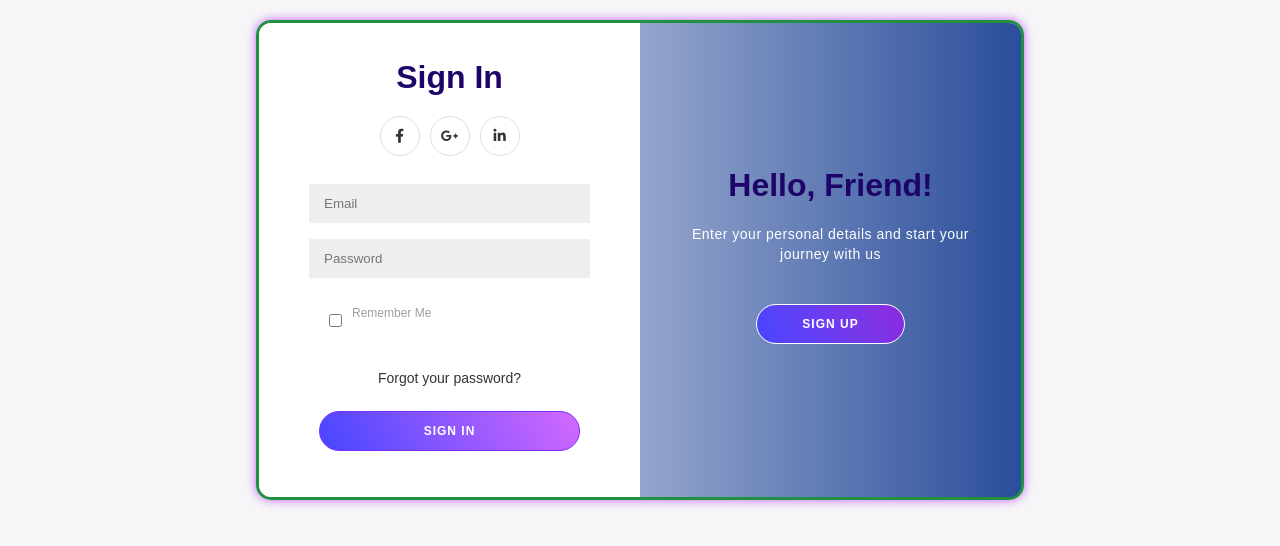
Repository: Zulfiyya077/InternIntelligence_LoginPage
Page: /
The author's editor kept a copy of each file at every save. The page is drawn from the files as they stood at one save, then again after the next save.
The browser window is 1280 px wide. The pictures show the whole page.
The project was rebuilt for these pictures with package versions that can differ from the ones it lists, and the page was loaded fresh each time. Also part of the build but not shown: vite.config.js.

Above is the page before, as saved 2025-02-02 08:07:57.

### index.html
<!DOCTYPE html>
<html lang="en">
<head>
    <meta charset="UTF-8" />
    <link rel="icon" type="image/svg+xml" href="/vite.svg" />
    <link
    rel="stylesheet"
    href="https://cdnjs.cloudflare.com/ajax/libs/font-awesome/5.15.4/css/all.min.css"
  />
    <meta name="viewport" content="width=device-width, initial-scale=1.0" />
    <title>Vite + React</title>
</head>
<body>
    <div id="root"></div>
    <script type="module" src="src/main.jsx"></script>
</body>
</html>

### src/main.jsx
import React from 'react';
import ReactDOM from 'react-dom/client';
import App from './App.jsx';


ReactDOM.createRoot(document.getElementById('root')).render(
  <React.StrictMode>
    <App />
  </React.StrictMode>,
);

### src/App.jsx
import React from 'react';
import SignInUpForm from './components/SignInUpForm';

function App() {
  return (
    <div className="App">
      <SignInUpForm />
    </div>
  );
}

export default App;

### src/components/SignInUpForm.jsx
import React, { useState } from 'react';
import styles from './SignInUpForm.module.css';
import { auth } from '../firebaseConfig';
import { createUserWithEmailAndPassword, signInWithEmailAndPassword, sendPasswordResetEmail } from 'firebase/auth';

const SignInUpForm = () => {
  const [isSignUp, setIsSignUp] = useState(false);
  const [email, setEmail] = useState('');
  const [password, setPassword] = useState('');
  const [error, setError] = useState('');


  const strongPasswordRegex = /^(?=.*[a-z])(?=.*[A-Z])(?=.*\d)[A-Za-z\d@$!%*?&]{6,}$/;


  const handleSignUp = async (e) => {
    e.preventDefault();
    setError('');

    if (!/\S+@\S+\.\S+/.test(email)) {
      setError('Please enter a valid email address.');
      return;
    }
    if (!strongPasswordRegex.test(password)) {
      setError('Password must have at least 6 characters, including 1 uppercase, 1 lowercase, and 1 number.');
      return;
    }

    try {
      await createUserWithEmailAndPassword(auth, email, password);
      alert('Account created successfully!');
    } catch (error) {
      handleAuthError(error);
    }
  };


  const handleSignIn = async (e) => {
    e.preventDefault();
    setError('');

    try {
      await signInWithEmailAndPassword(auth, email, password);
      alert('Signed in successfully!');
    } catch (error) {
      handleAuthError(error);
    }
  };


  const handleForgotPassword = async () => {
    if (!email) {
      setError('Please enter your email to reset password.');
      return;
    }
    try {
      await sendPasswordResetEmail(auth, email);
      alert('Password reset email sent!');
    } catch (error) {
      handleAuthError(error);
    }
  };


  const handleAuthError = (error) => {
    const errorMessages = {
      'auth/user-not-found': 'No account found with this email.',
      'auth/wrong-password': 'Incorrect password.',
      'auth/email-already-in-use': 'This email is already registered.',
      'auth/weak-password': 'Your password is too weak.',
      'auth/invalid-email': 'Invalid email format.',
    };
    setError(errorMessages[error.code] || error.message);
  };

  return (
    <div className={`${styles.container} ${isSignUp ? styles.rightPanelActive : ''}`}>
      <div className={`${styles.formContainer} ${styles.signUpContainer}`}>
        <form onSubmit={handleSignUp}>
          <h1>Create Account</h1>
          <div className={styles.socialContainer}>
            <a href="#" className={styles.social}><i className="fab fa-facebook-f"></i></a>
            <a href="#" className={styles.social}><i className="fab fa-google-plus-g"></i></a>
            <a href="#" className={styles.social}><i className="fab fa-linkedin-in"></i></a>
          </div>
          {error && <p className={styles.error}>{error}</p>}
          <input type="email" placeholder="Email" value={email} onChange={(e) => setEmail(e.target.value)} required />
          <input type="password" placeholder="Password" value={password} onChange={(e) => setPassword(e.target.value)} required />
          <button type="submit">Sign Up</button>
        </form>
      </div>


      <div className={`${styles.formContainer} ${styles.signInContainer}`}>
        <form onSubmit={handleSignIn}>
          <h1>Sign In</h1>
          <div className={styles.socialContainer}>
            <a href="#" className={styles.social}><i className="fab fa-facebook-f"></i></a>
            <a href="#" className={styles.social}><i className="fab fa-google-plus-g"></i></a>
            <a href="#" className={styles.social}><i className="fab fa-linkedin-in"></i></a>
          </div>
          {error && <p className={styles.error}>{error}</p>}
          <input type="email" placeholder="Email" value={email} onChange={(e) => setEmail(e.target.value)} required />
          <input type="password" placeholder="Password" value={password} onChange={(e) => setPassword(e.target.value)} required />

          <label className={styles.rememberMe}>
         <input type="checkbox" />    Remember Me
          </label>
          <a href="#" onClick={handleForgotPassword}>Forgot your password?</a>
          <button type="submit">Sign In</button>
        </form>
      </div>


      <div className={styles.overlayContainer}>
        <div className={styles.overlay}>
          <div className={`${styles.overlayPanel} ${styles.overlayLeft}`}>
            <h1>Welcome Back!</h1>
            <p>To keep connected with us please login with your personal info</p>
            <button className={styles.ghost} onClick={() => setIsSignUp(false)}>Sign In</button>
          </div>
          <div className={`${styles.overlayPanel} ${styles.overlayRight}`}>
            <h1>Hello, Friend!</h1>
            <p>Enter your personal details and start your journey with us</p>
            <button className={styles.ghost} onClick={() => setIsSignUp(true)}>Sign Up</button>
          </div>
        </div>
      </div>
    </div>
  );
};

export default SignInUpForm;

### src/components/SignInUpForm.module.css



* {
    margin: 0;
    padding: 0;
    box-sizing: border-box;
  }

  body {
    background: #f6f5f7;
    display: flex;
    justify-content: center;
    align-items: center;
    flex-direction: column;
    font-family: 'Montserrat', sans-serif;

    margin: 20px ;
  }

  h1 {
    font-weight: bold;
    margin: 0;
    color:rgb(30, 4, 104);
  }

  h2 {
    text-align: center;
  }

  p {
    font-size: 14px;
    font-weight: 100;
    line-height: 20px;
    letter-spacing: 0.5px;
    margin: 20px 0 30px;
  }

  span {
    font-size: 12px;
  }

  a {
    color: #333;
    font-size: 14px;
    text-decoration: none;
    margin: 15px 0;
  }

  .social:focus {
    box-shadow: rgba(131, 131, 233, 0.25) 0px 50px 100px -20px, rgba(157, 6, 228, 0.3) 0px 30px 60px -30px, rgba(202, 91, 247, 0.35) 0px -2px 6px 0px inset;
  }
  button {
    margin: 10px;
    border-radius: 20px;
    border: 1px solid #7c2bff;
    background: rgb(186,63,251);
background: linear-gradient(60deg, rgb(70, 70, 255) 0%, rgba(183, 1, 255, 0.591) 100%);
    color: #FFFFFF;
    font-size: 12px;
    font-weight: bold;
    padding: 12px 45px;
    letter-spacing: 1px;
    text-transform: uppercase;
    transition: transform 80ms ease-in;

  }

  button:active {
    transform: scale(0.95);
  }

  button:focus {
    outline: none;
  }

  button.ghost {
    background-color: transparent;
    border-color: #FFFFFF;
  }

  form {
    background-color: #FFFFFF;
    display: flex;
    width: 100%;
    justify-content: center;
    flex-direction: column;
    padding: 0 50px;
    height: 100%;
    text-align: center;

  }

  input {
    background-color: #eee;
    border: none;
    padding: 12px 15px;
    margin: 8px 0;

  }
  .error {
    height: 20px;
    font-size: 12px;
    color: red;
  }
  .container {
    background-color: #fff;
    border-radius: 20px;
    box-shadow: 0 14px 28px rgba(0,0,0,0.25),
                0 10px 10px rgba(0,0,0,0.22);
    position: relative;
    overflow: hidden;
    width: 768px;
    max-width: 100%;
    min-height: 480px;
    display: flex;
    justify-content: center;
    align-items: center;
    transition: background-color 0.6s ease-in-out;
    padding: 10px;
  }

  .formContainer {

    position: absolute;
    top: 0;
    height: 100%;
    transition: all 0.6s ease-in-out;
  }

  .signInContainer {
    left: 0;
    width: 50%;
    z-index: 2;
  }

  .rightPanelActive .signInContainer {

    transform: translateX(100%);
  }

  .signUpContainer {
    left: 0;
    width: 50%;
    opacity: 0;
    z-index: 1;

  }

  .rightPanelActive .signUpContainer {
    transform: translateX(100%);
    opacity: 1;
    z-index: 5;
    animation: show 0.6s;
  }

  @keyframes show {
    0%, 49.99% {
      opacity: 0;
      z-index: 1;
    }

    50%, 100% {
      opacity: 1;
      z-index: 5;
    }
  }


  .overlayContainer {
    position: absolute;
    top: 0;
    left: 50%;
    width: 50%;
    height: 100%;
    overflow: hidden;
    transition: transform 0.6s ease-in-out;
    z-index: 100;
  }

  .rightPanelActive .overlayContainer {
    transform: translateX(-100%);
  }

  .overlay {
    background: linear-gradient(to right,rgb(255, 255, 255), #2A4D9B);
    color: #fff;
    position: relative;
    left: -100%;
    height: 100%;
    width: 200%;
    transform: translateX(0);
    transition: transform 0.6s ease-in-out, background 0.6s ease-in-out;
  }

  .rightPanelActive .overlay {
    transform: translateX(50%);
    background: linear-gradient(to right,#2A4D9B,  rgb(255, 255, 255));
  }

  .overlayPanel {
    position: absolute;
    display: flex;
    align-items: center;
    justify-content: center;
    flex-direction: column;
    padding: 0 40px;
    text-align: center;
    top: 0;
    height: 100%;
    width: 50%;
    transform: translateX(0);
    transition: transform 0.6s ease-in-out;
  }

  .overlayLeft {
    transform: translateX(-20%);
  }

  .rightPanelActive .overlayLeft {
    transform: translateX(0);
  }

  .overlayRight {
    right: 0;
    transform: translateX(0);
  }

  .rightPanelActive .overlayRight {
    transform: translateX(20%);
  }

  .socialContainer {
    margin: 20px 0;
  }

  .socialContainer a {
    border: 1px solid #ddd;
    border-radius: 50%;
    display: inline-flex;
    justify-content: center;
    align-items: center;
    margin: 0 5px;
    height: 40px;
    width: 40px;
  }
  .checkboxContainer {
    width: 100px;
  }

  .checkboxContainer input {
    margin-right: 10px;

  }

  .checkboxContainer label {

    display: flex;
      align-items: center;
    justify-content: flex-start;

    font-weight: 100;
    color: #333;
  }

  .rememberMe {
    display: flex;
   font-size: 12px;
   color: rgb(160, 159, 159);
    margin: 20px ;
  }

  .rememberMe input {
    margin-right: 10px;
  }


.container {
    background: linear-gradient(165deg, #ffffff, #0277d6);
  }

  input:focus {
    outline: #0277d6;
    border-color: #2196f3;
    background-color: #e1f5fe;

  }
  @keyframes borderAnimation {
    0% { border-color: #3498db; box-shadow: 0 0 10px #42aff8; }
    25% { border-color: #41b4f7; box-shadow: 0 0 10px #4ae73c; }
    50% { border-color: #e90ff1; box-shadow: 0 0 10px #0f44f1; }
    75% { border-color: #18703d; box-shadow: 0 0 10px #fc43fc; }
    100% { border-color: #34db4a; box-shadow: 0 0 10px #3498db; }
  }

  .container {
    position: relative;
    padding: 20px;

    border: 3px solid transparent;
    border-radius: 15px;
    animation: borderAnimation 3s infinite linear;
    transition: all 0.3s ease-in-out;
  }

### src/firebaseConfig.js
// src/firebaseConfig.js
import { initializeApp } from "firebase/app";
import { getAuth } from "firebase/auth";

const firebaseConfig = {
    apiKey: "AIzaSyC53-JWx-NA0i0QbOs5togwXCTY4UTFECU",
    authDomain: "my-apps-077.firebaseapp.com",
    projectId: "my-apps-077",
    storageBucket: "my-apps-077.firebasestorage.app",
    messagingSenderId: "888644240432",
    appId: "1:888644240432:web:80649d7f31ee9d7a6019f5",
    measurementId: "G-PS211GRZTS"
  };

const app = initializeApp(firebaseConfig);
const auth = getAuth(app);

export { auth };

After the next save:
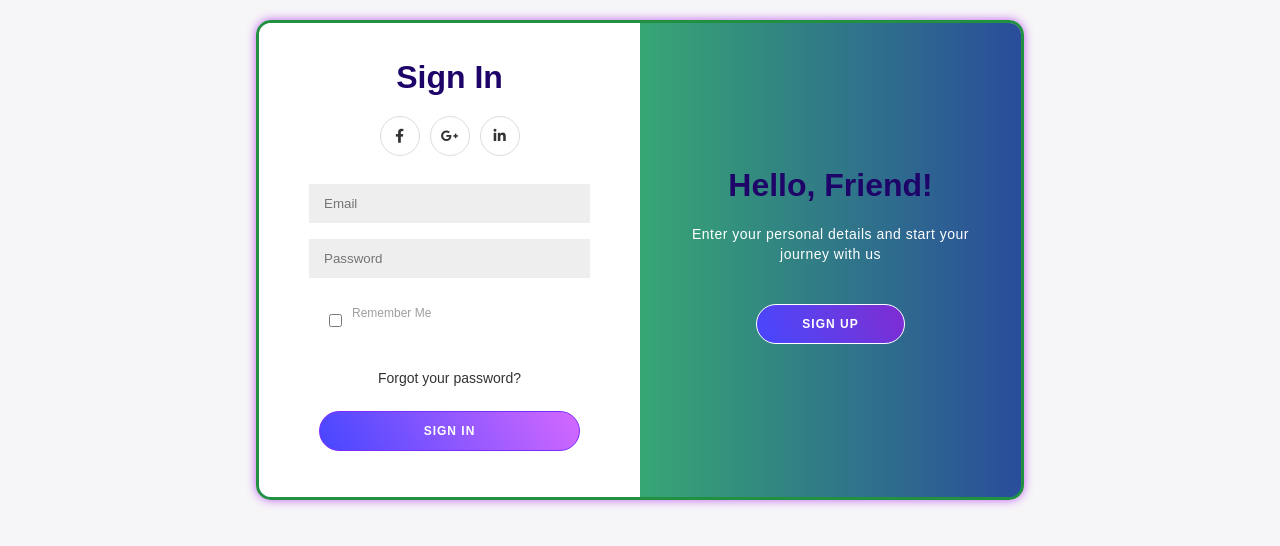
Saved 26 s later.
--- a/src/components/SignInUpForm.module.css
+++ b/src/components/SignInUpForm.module.css
@@ -183,7 +183,7 @@ background: linear-gradient(60deg, rgb(70, 70, 255) 0%, rgba(183, 1, 255, 0.591)
   }
 
   .overlay {
-    background: linear-gradient(to right,rgb(255, 255, 255), #2A4D9B);
+    background: linear-gradient(to right,rgb(67, 255, 76), #2A4D9B);
     color: #fff;
     position: relative;
     left: -100%;
